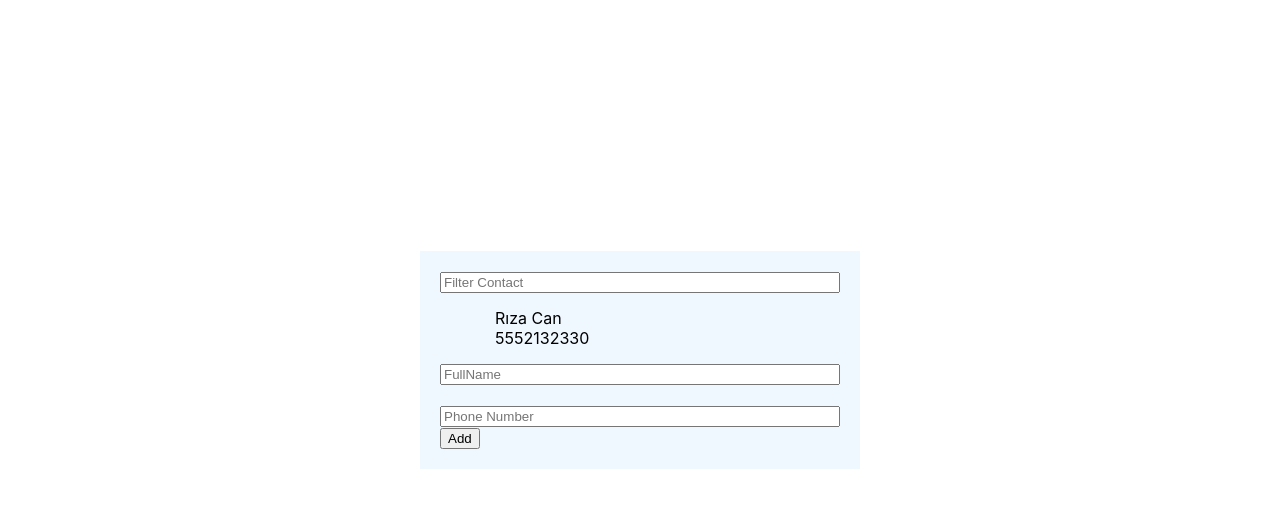
Repository: rizacantire/patika-react
Page: / (app in hello/)
An editor plug-in stored every save of this project. The page is shown before and after the next save, followed by the edit.
The browser window is 1280 px wide. The pictures show the whole page.
The project was rebuilt for these pictures with package versions that can differ from the ones it lists, and the page was loaded fresh each time.

Above is the page before, as saved 2021-12-14 14:55:49.

### hello/src/App.js

import './App.css';
import Contacts from './components/Contacts';

function App() {

  return (
    <div className="App">
      <Contacts/>
    </div>
  );
}

export default App;

### hello/src/App.css
.App {
  display: flex;
  justify-content: center;
  align-items: center;
  min-height: 100vh;


}

#container{
  width: 400px;
  background-color: aliceblue;
  padding:20px
}
input{
  width:  100%;
  box-sizing: border-box;
  -webkit-box-sizing: border-box;
  -moz-box-sizing: border-box;
}
li {
  list-style-type: none;
  margin: 0;
  padding: 0;
}

.list {
  margin: 15px;
}
.list >li {

}

### hello/src/components/Contacts/index.js
import React, { useEffect, useState } from 'react'
import Form from './Form'
import ContactList from './List'
function Contacts() {
    const [contacts, setContacts] = useState([{fullname:"Rıza Can",phone_number:5552132330}])
    useEffect(()=>{
        console.log(contacts);
    },[contacts])
    return (
        <div id="container">
            <ContactList contacts={contacts}/>
            <Form addContact={setContacts} contacts={contacts}/>
        </div>
    )
}

export default Contacts

### hello/src/components/Contacts/Form/index.js
import React, { useState } from 'react'

function Form({addContact,contacts}) {
    const initialFormValues = {fullname:"",phone_number:""}
    const [form, setForm] = useState(initialFormValues)

    const onChangeInput = (e)=>{
        setForm({...form,[e.target.name]:e.target.value})
    }

    const onSubmit = (e)=>{
        e.preventDefault()
        if(form.fullname === ""|| form.phone_number===""){
            return false;
        }
        addContact([...contacts,form])
        setForm(initialFormValues)
    }
    return (
        <div>
            <form onSubmit={onSubmit} >
            <input name="fullname"  placeholder='FullName'
            value={form.fullname}
             onChange={onChangeInput}/>
            <br/>
            <br/>
            <input value={form.phone_number} name="phone_number"  placeholder='Phone Number' onChange={onChangeInput}/>
            <div><button>Add</button></div>
            </form>

        </div>
    )
}

export default Form

### hello/src/components/Contacts/List/index.js
import React, { useState } from 'react'
import { useEffect } from 'react/cjs/react.development'

function ContactList({contacts}) {
    const [filterText, setFilterText] = useState("")
    const filtered = contacts.filter((item)=>{
        return Object.keys(item).some((key)=>
            item[key].toString().toLowerCase().includes(filterText.toLocaleLowerCase())
        )
    })
    useEffect(() => {
        console.log(filtered);
    },[filterText])


    return (
        <div>
            <input placeholder='Filter Contact' value={filterText} onChange={(e)=>{
                setFilterText(e.target.value)
            }} />


            <ul className='list'>
            {filtered.map((c,i)=>(

               <li key={i}>{c.fullname}
               <br/>
              {c.phone_number}</li>


            ))} </ul>
        </div>
    )
}

export default ContactList

Loaded but not shown: hello/public/index.html (common file); hello/src/index.js (common file); hello/src/index.css (common file); hello/src/reportWebVitals.js (common file)

After the next save:
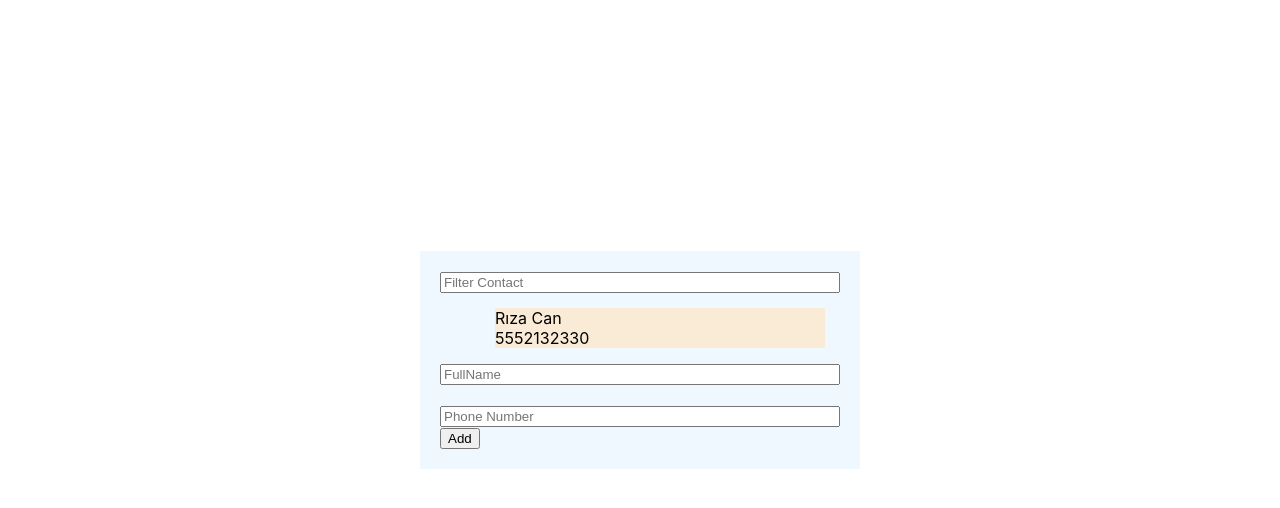
Saved 10 s later.
--- a/hello/src/App.css
+++ b/hello/src/App.css
@@ -28,5 +28,5 @@ li {
   margin: 15px;
 }
 .list >li {
-
+  background-color: antiquewhite;
 }
